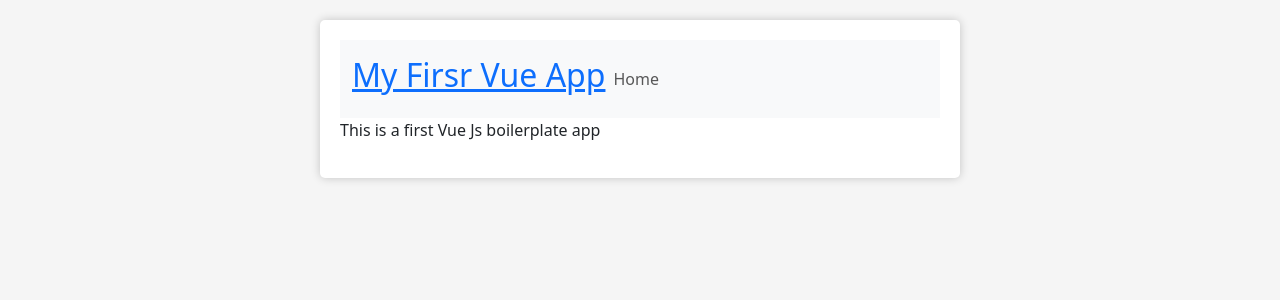
Repository: feyroozecode/intro-vue3-app
Page: index.html
The author's editor kept a copy of each file at every save. The page is drawn from the files as they stood at one save, then again after the next save.
The browser window is 1280 px wide. The pictures show the whole page.

Above is the page before, as saved 2023-08-14 08:37:05.

After the next save:
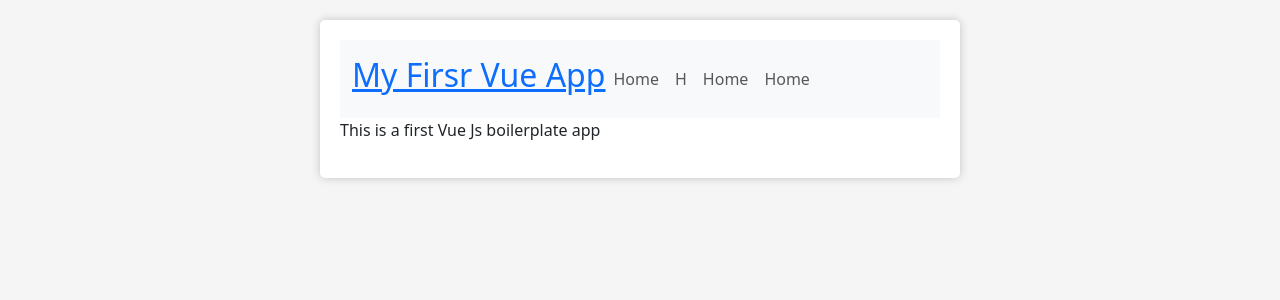
Saved 31 s later.
--- a/index.html
+++ b/index.html
@@ -31,6 +31,9 @@
                 <a href="#" class="navbar brand"> <h2> {{ title }} </h2> </a>
                 <ul class="navbar-nav me-auto mb-2 mb-lg-0">
                     <a class="nav-link" aria-current="page" href="#">Home</a>
+                    <a class="nav-link" aria-current="page" href="#">H</a>
+                    <a class="nav-link" aria-current="page" href="#">Home</a>
+                    <a class="nav-link" aria-current="page" href="#">Home</a>
                 </ul>
             </div>
         </nav>
